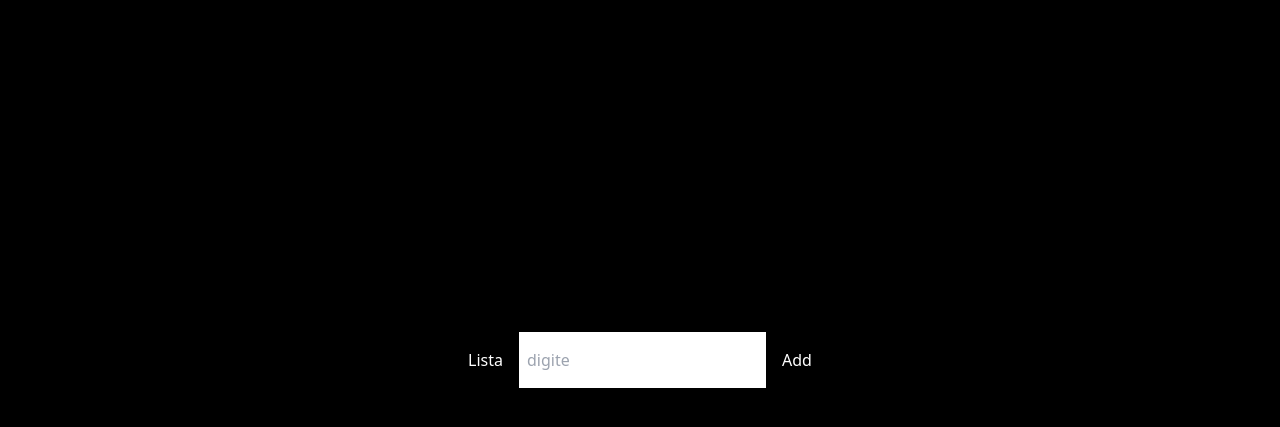
Repository: LuisSempre/FundamentosReact
Page: /
An editor plug-in stored every save of this project. The page is shown before and after a run of saves, followed by the edit.
The browser window is 1280 px wide. The pictures show the whole page.
The project was rebuilt for these pictures with package versions that can differ from the ones it lists, and the page was loaded fresh each time. Also part of the build but not shown: vite.config.js.

Above is the page before, as saved 2022-06-28 17:23:37.

After the next 3 saves:
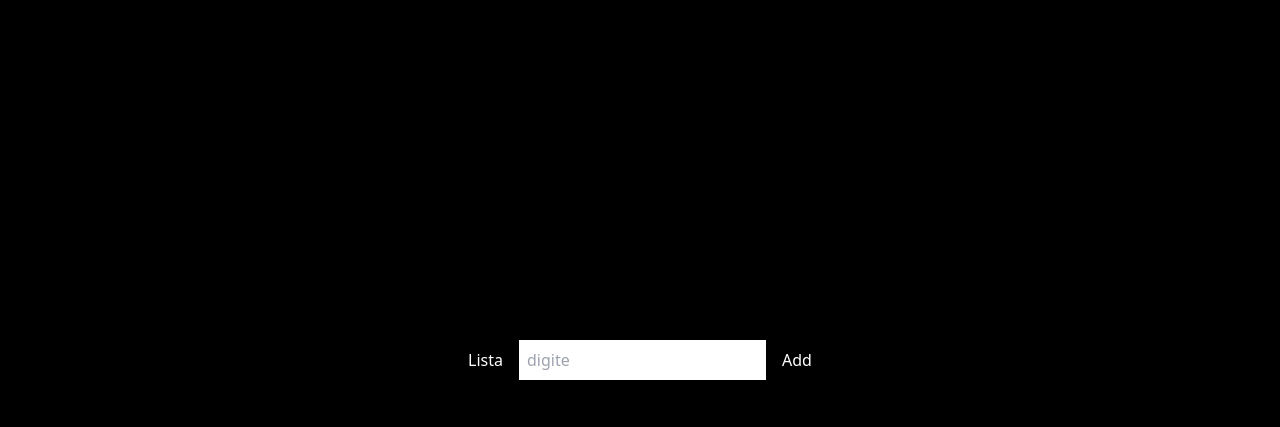
The 3 saves are shown as one change because they came seconds apart.
The last was saved 11 s later.
--- a/src/pages/Home.jsx
+++ b/src/pages/Home.jsx
@@ -5,7 +5,7 @@ export function Home() {
         <h1>Lista</h1>
       </div>
       <div>
-        <input className="px-2 py-4" type="text" placeholder="digite" />
+        <input className="px-2 py-2" type="text" placeholder="digite" />
       </div>
       <div>
         <button>Add</button>
